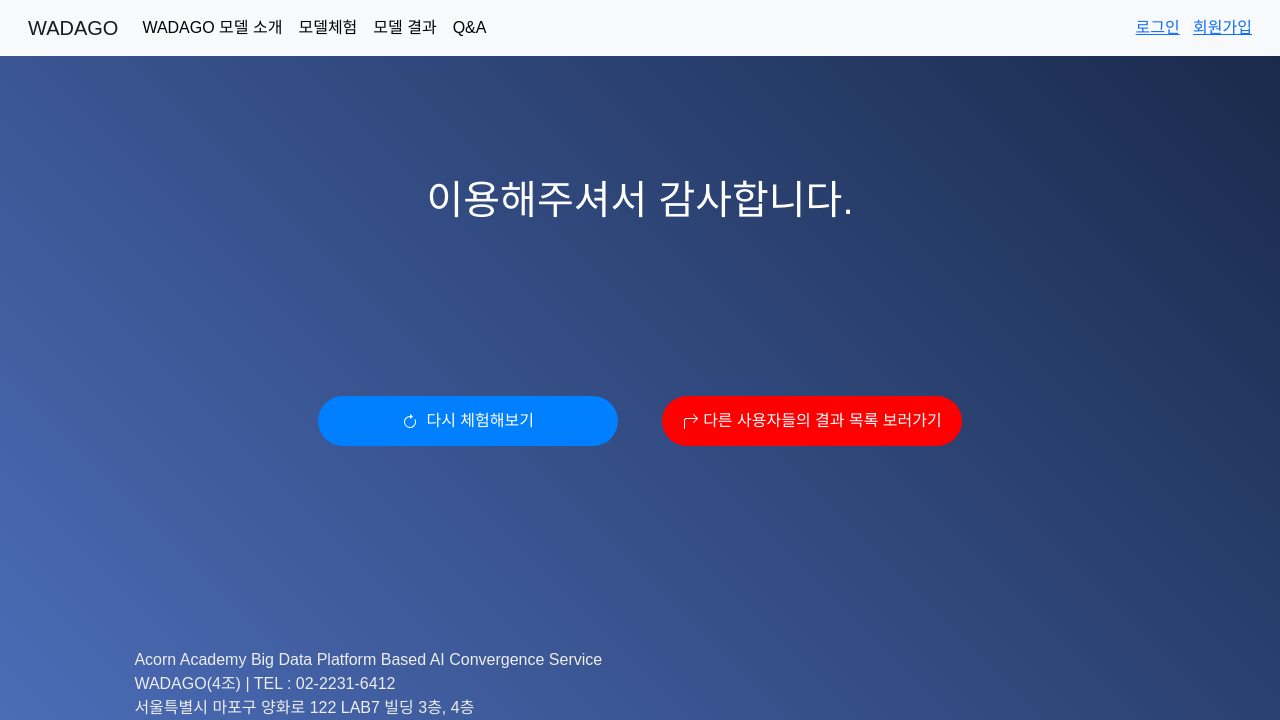
Repository: suchulchoi/Wadago_Project
Page: http://localhost/model/thanks
These files come from the project's save history. The page is drawn as it stood at one moment and after the next save; the edit follows.
The browser window is 1280 px wide. The pictures show the whole page.
Some web fonts or font styles are not loaded; a fallback is used. The page is this project's Thymeleaf template; nobody is signed in. The template is opened directly, without the code that normally fills it, so the values that code supplies are empty.

Above is the page before, as saved 2022-07-28 07:40:23.

### wadago_project/src/main/resources/templates/model/thanks.html
<html lnag="ko">
    <head>
        <meta charset="UTF-8">
        <title></title>

    </head>
    <style>
		.resultBtn{
			width:300px;
			height:50px;
			border:none;
			padding:10px;
			color:white;
			border-radius:50px;
			background-color:rgb(0, 128, 255);
			margin:20px;
		}

	</style>
    <body>
     <header th:insert="header_nav.html"></header>
	     <div class="container">
	     	<br><br><br><br><br>
	     	<center><h1>이용해주셔서 감사합니다.</h1></center>
	     	<br><br><br><br><br><br>
	     </div>
	     <center>
		     <button id="postBtn" class="resultBtn" type="submit" onclick="location.href='/model/try.do'">
					<svg xmlns="http://www.w3.org/2000/svg" width="16" height="16" fill="currentColor" class="bi bi-arrow-clockwise" viewBox="0 0 16 16">
					  <path fill-rule="evenodd" d="M8 3a5 5 0 1 0 4.546 2.914.5.5 0 0 1 .908-.417A6 6 0 1 1 8 2v1z"/>
					  <path d="M8 4.466V.534a.25.25 0 0 1 .41-.192l2.36 1.966c.12.1.12.284 0 .384L8.41 4.658A.25.25 0 0 1 8 4.466z"/>
					</svg>&nbsp; 다시 체험해보기
				</button>
				<button id="postBtn" class="resultBtn" type="submit" style="background-color: red;" onclick="location.href='/model/result/1'">
						 <svg xmlns="http://www.w3.org/2000/svg" width="16" height="16" fill="currentColor" class="bi bi-arrow-90deg-right" viewBox="0 0 16 16">
						  <path fill-rule="evenodd" d="M14.854 4.854a.5.5 0 0 0 0-.708l-4-4a.5.5 0 0 0-.708.708L13.293 4H3.5A2.5 2.5 0 0 0 1 6.5v8a.5.5 0 0 0 1 0v-8A1.5 1.5 0 0 1 3.5 5h9.793l-3.147 3.146a.5.5 0 0 0 .708.708l4-4z"/>
						</svg>&nbsp;다른 사용자들의 결과 목록 보러가기
				</button>
	     </center>
     </body>
 </html>

### wadago_project/src/main/resources/templates/header_nav.html
<html lang="ko" xmlns:th="http://www.thymeleaf.org">

	<head>
		<meta charset="UTF-8">
		<script src="https://cdn.jsdelivr.net/npm/bootstrap@5.1.3/dist/js/bootstrap.bundle.min.js"
			integrity="sha384-ka7Sk0Gln4gmtz2MlQnikT1wXgYsOg+OMhuP+IlRH9sENBO0LRn5q+8nbTov4+1p"
			crossorigin="anonymous"></script>
		<link rel="stylesheet" href="https://maxcdn.bootstrapcdn.com/bootstrap/4.0.0/css/bootstrap.min.css" />
		<link href="https://cdn.jsdelivr.net/npm/bootstrap@5.1.3/dist/css/bootstrap.min.css" rel="stylesheet"
			integrity="sha384-1BmE4kWBq78iYhFldvKuhfTAU6auU8tT94WrHftjDbrCEXSU1oBoqyl2QvZ6jIW3" crossorigin="anonymous">
		<link rel="stylesheet" href="/css/signup.css">
		<link rel="preconnect" href="https://fonts.googleapis.com">
		<link rel="preconnect" href="https://fonts.gstatic.com" crossorigin>
		<link href="https://fonts.googleapis.com/css2?family=Black+Han+Sans&family=Nanum+Gothic:wght@400;700;800&family=Nanum+Pen+Script&display=swap" rel="stylesheet">
	</head>
	<style>
	body{
		font-family: 'Black Han Sans', sans-serif;
		background:linear-gradient(45deg,#4b6cb7,#182848);
		color: white;
	}
	table{
		color:white;
	}
	#navItem{
			color:black;
		}
	#navItem:hover{
			text-shadow: 5px 5px 5px rgb(44, 44, 44);
			font-size:large;
		}
	footer{
			position : fixed;
			bottom : 0;
			background-color:transparent;
			width:100%;
			height:10%;
			font-size:medium;
		}
	</style>
	<body>
		<nav class="navbar navbar-expand-lg navbar-light bg-light">
			<div class="container-fluid">
				<a class="navbar-brand" href="/">WADAGO</a>
				<button class="navbar-toggler" type="button" data-bs-toggle="collapse"
				data-bs-target="#navbarSupportedContent" aria-controls="navbarSupportedContent" aria-expanded="false"
				aria-label="Toggle navigation">
				<span class="navbar-toggler-icon"></span>
			</button>
			<div class="collapse navbar-collapse" id="navbarSupportedContent">
				<ul class="navbar-nav me-auto mb-2 mb-lg-0">
					<li class="nav-item">
						<a class="nav-link active" aria-current="page" href="/model/introduce" id="navItem">WADAGO 모델 소개</a>
					</li>
					<li class="nav-item">
						<a class="nav-link" href="/model/try.do" id="navItem">모델체험</a>
					</li>
					<li class="nav-item">
						<a class="nav-link" href="/model/result/1" id="navItem">모델 결과</a>
					</li>
					<li class="nav-item">
						<a class="nav-link" href="/board/list/1" id="navItem">Q&A</a>
					</li>
					<li class="nav-item dropdown" th:if="${session.memVo} and ${session.memVo.grade == 0}" id="navItem">
						<a class="nav-link dropdown-toggle" href="#" role="button" data-bs-toggle="dropdown"
							aria-expanded="false">
							관리자 전용
						</a>
						<ul class="dropdown-menu" aria-labelledby="navbarDropdown">
							<li><a class="dropdown-item" href="/mem/memberManagement/1">멤버 관리</a></li>
							<li><a class="dropdown-item" href="/mem/img/1">입력 사진 관리</a></li>
						</ul>
					</li>
				</ul>
				<footer th:insert="footer.html"></footer>
				<div th:if="${session.memVo}">
					<!--<span th:if="${session.memVo}!=null" th:text="${session.memVo.id}"></span>-->
					<span th:text="${session.memVo}?${session.memVo.id}:''"></span>
					(<span th:text="${session.memVo?.name}"></span>)
					님 로그인
					&nbsp;/&nbsp;
					<a href="/mem/logout">
						로그아웃
					</a>

				</div>
				<div class="d-flex" th:if="!${session.memVo}">
					<a href="/mem/login">
						로그인
					</a>&nbsp;/&nbsp;
					<a href="/mem/signup">
						회원가입
					</a>
				</div>
			</div>
		</div>
	</nav>
</body>

</html>

### wadago_project/src/main/resources/templates/footer.html
<html lang="ko" xmlns:th="http://www.thymeleaf.org">
	<head>
	<meta charset="UTF-8">

	</head>
	<style>

	</style>
    <footer style="color: #eeeeee;">
	    	Acorn Academy Big Data Platform Based AI Convergence Service
	    	<br>
	    	WADAGO(4조) | TEL : 02-2231-6412
	    	<br>
	    	서울특별시 마포구 양화로 122 LAB7 빌딩 3층, 4층
	    	<br>
   			COPYRIGHT(C) HBILAB. ALL RIGHTS RESERVED.
	</footer>
</html>

Loaded but not shown: wadago_project/src/main/resources/static/css/signup.css (no copy from this time; the picture is the same without it)

After the next save:
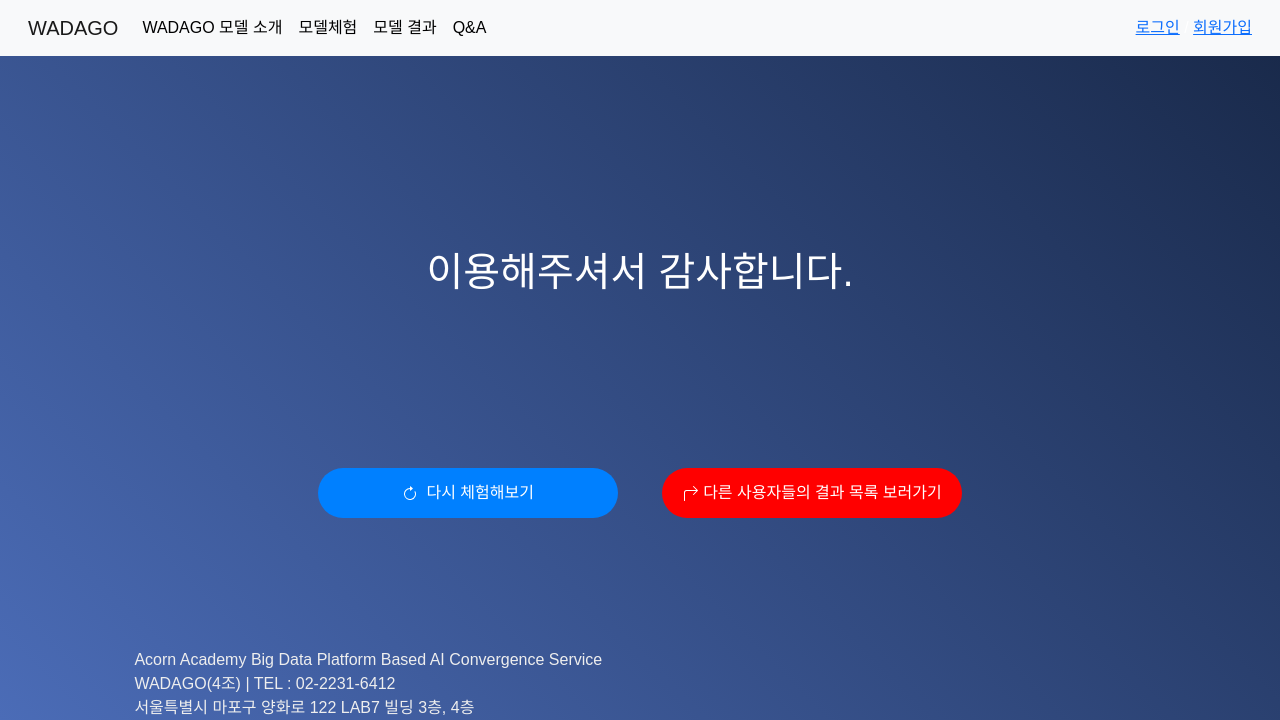
Saved 4 s later.
--- a/wadago_project/src/main/resources/templates/model/thanks.html
+++ b/wadago_project/src/main/resources/templates/model/thanks.html
@@ -20,7 +20,7 @@
     <body>
      <header th:insert="header_nav.html"></header>
 	     <div class="container">
-	     	<br><br><br><br><br>
+	     	<br><br><br><br><br><br><br><br>
 	     	<center><h1>이용해주셔서 감사합니다.</h1></center>
 	     	<br><br><br><br><br><br>
 	     </div>
